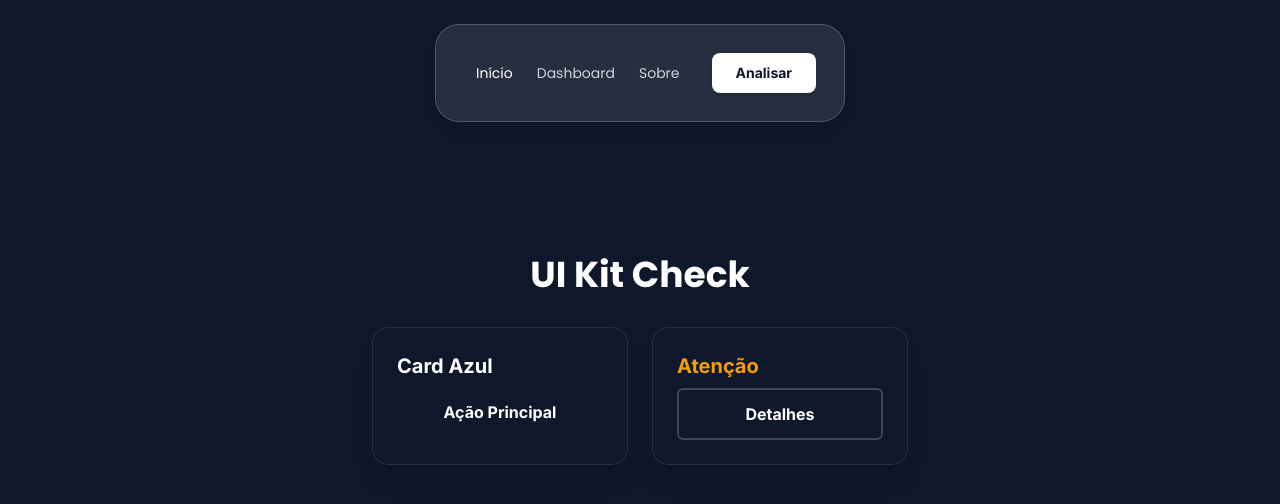
Repository: Hackaton-ONE/hackathon-Frontend
Page: /
The author's editor kept a copy of each file at every save. The page is drawn from the files as they stood at one save, then again after the next save.
The browser window is 1280 px wide. The pictures show the whole page.
The project was rebuilt for these pictures with package versions that can differ from the ones it lists, and the page was loaded fresh each time. The framework's server and built-in components were replaced by stand-ins that run in the browser. Also part of the build but not shown: next.config.ts.

Above is the page before, as saved 2026-01-01 14:46:38.

### app/layout.tsx
import type { Metadata } from "next";
import { Inter, Poppins } from "next/font/google"; // 1. Importar Poppins
import "./globals.css";
import { Navbar } from "@/components/Navbar";

// 2. Configurar Inter
const inter = Inter({
  subsets: ["latin"],
  variable: "--font-inter",
});

// 3. Configurar Poppins (Pesos comuns: 400, 600, 700)
const poppins = Poppins({
  weight: ['400', '600', '700'],
  subsets: ["latin"],
  variable: "--font-poppins",
});

export const metadata: Metadata = {
  title: "MoodMatrix",
  description: "Análise de sentimentos com IA",
};

export default function RootLayout({
  children,
}: Readonly<{

  children: React.ReactNode;
}>) {
  return (
    <html lang="pt-br">
      {/* 4. Adicionar ambas as variáveis no body */}
      <body className={`${inter.variable} ${poppins.variable} bg-mood-dark text-white font-sans antialiased`}>
        <Navbar />
        {children}
      </body>
    </html>
  );
}

### app/page.tsx
import { Button } from "@/components/Button";
import { GlassCard } from "@/components/GlassCard";

export default function Home() {
  return (
    <main className="flex min-h-screen flex-col items-center justify-center p-10 gap-8 bg-mood-dark">

      <h1 className="text-4xl font-poppins font-bold text-white bg-clip-text bg-gradient-to-r from-blue-DEFAULT to-neon-green">
        UI Kit Check
      </h1>

      <div className="grid grid-cols-1 md:grid-cols-2 gap-6">
        {/* Teste Card Azul */}
        <GlassCard gradient="blue" className="p-6 w-64 border-blue-DEFAULT/30">
          <h2 className="text-xl font-bold mb-2">Card Azul</h2>
          <Button variant="primary" className="w-full">Ação Principal</Button>
        </GlassCard>

        {/* Teste Card Laranja (Aviso) */}
        <GlassCard gradient="orange" className="p-6 w-64 border-neon-orange/30">
          <h2 className="text-xl font-bold mb-2 text-neon-orange">Atenção</h2>
          <Button variant="outline" className="w-full">Detalhes</Button>
        </GlassCard>
      </div>

    </main>
  );
}

### app/globals.css
@tailwind base;
@tailwind components;
@tailwind utilities;

/* Define o fundo padrão do site inteiro e a cor do texto */
body {
  background-color: #0F172A; /* mood.dark */
  color: #ffffff;
  min-height: 100vh;
}

/* Utilitário para o efeito de Vidro (Glassmorphism) */
.glass {
  background: rgba(30, 41, 59, 0.4); /* mood.gray com transparência */
  backdrop-filter: blur(12px);
  -webkit-backdrop-filter: blur(12px);
  border: 1px solid rgba(255, 255, 255, 0.1);
}

### components/Navbar.tsx
"use client";

import Link from "next/link";
import { usePathname } from "next/navigation";

export function Navbar() {
  const pathname = usePathname(); // Útil se quiser destacar o link ativo depois

  return (
    // Container que centraliza a navbar no topo da tela
    <nav className="fixed top-6 left-1/2 -translate-x-1/2 z-50 w-max">

      {/* A "Pílula" (Floating Navbar) */}
      <div className="
        flex items-center gap-8
        pl-10 pr-7 py-7        /* Espaçamento interno (padding) */
        rounded-3xl          /* Formato de pílula */
        bg-white/10           /* Cor do fundo (10% branco) */
        backdrop-blur-md      /* Efeito de vidro */
        border border-white/20 /* Borda sutil (20% branco) */
        shadow-lg shadow-black/10
      ">

        {/* Links de Navegação */}
        <div className="flex items-center gap-6 font-poppins font-medium text-sm">
          <Link
            href="/"
            className="text-white hover:text-blue-light transition-colors"
          >
            Início
          </Link>
          <Link
            href="/dashboard"
            className="text-gray-300 hover:text-white transition-colors"
          >
            Dashboard
          </Link>
          <Link
            href="#sobre"
            className="text-gray-300 hover:text-white transition-colors"
          >
            Sobre
          </Link>
        </div>

        {/* Botão Analisar (Estilo Branco da Imagem) */}
        <Link href="/analisar">
          <button className="
            bg-white text-mood-dark
            hover:bg-gray-100 hover:scale-105
            font-bold text-sm
            px-6 py-2.5
            rounded-lg
            transition-all duration-200
            shadow-md
          ">
            Analisar
          </button>
        </Link>

      </div>
    </nav>
  );
}

### components/Button.tsx
import React from "react";

interface ButtonProps extends React.ButtonHTMLAttributes<HTMLButtonElement> {
  variant?: "primary" | "outline" | "ghost";
  children: React.ReactNode;
}

export function Button({ variant = "primary", className = "", children, ...props }: ButtonProps) {

  const baseStyles = "px-6 py-3 rounded-md font-bold transition-all duration-200 flex items-center justify-center gap-2 active:scale-[0.98]";

  const variants = {
    primary: "text-white active:translate-y-1",

    // Outline (Borda simples)
    outline: "bg-transparent border-2 border-white/20 text-white hover:bg-white/5 hover:border-white/40",

    // Ghost (Transparente)
    ghost:   "bg-transparent text-gray-400 hover:text-white hover:bg-white/5",
  };

  return (
    <button
      className={`${baseStyles} ${variants[variant]} ${className}`}
      {...props}
    >
      {children}
    </button>
  );
}

### components/GlassCard.tsx
import React from "react";

interface GlassCardProps {
  children: React.ReactNode;
  className?: string;
  gradient?: "blue" | "green" | "red" | "orange" | "none";
}

export function GlassCard({ children, className = "", gradient = "none" }: GlassCardProps) {

  const gradientBg = {
    none: "bg-white/5", // Base neutra mais sutil
    blue: "bg-card-blue",
    green: "bg-card-green",
    red: "bg-card-red",
    orange: "bg-card-orange",
  };

  return (
    <div className={`relative overflow-hidden rounded-2xl border border-white/10 shadow-xl ${className}`}>
      {/* CAMADA DO VIDRO (Fundo + Blur)
        Fica posicionada absolutamente atrás do conteúdo.
      */}
      <div
        className={`
          absolute inset-0
          backdrop-blur-xl
          ${gradientBg[gradient]}
          -z-10 /* Garante que fique atrás do conteúdo */
        `}
        aria-hidden="true"
      />

      {/* CONTEÚDO (Texto, Botões)
        Fica na frente, sem nenhum blur aplicado diretamente nele.
      */}
      <div className="relative z-10 h-full">
        {children}
      </div>
    </div>
  );
}

### tailwind.config.ts
/** @type {import('tailwindcss').Config} */
const config = {
  // Configuração de onde o Tailwind procura as classes
  content: [
    "./app/**/*.{js,ts,jsx,tsx,mdx}",
    "./pages/**/*.{js,ts,jsx,tsx,mdx}",
    "./components/**/*.{js,ts,jsx,tsx,mdx}",
    "./src/app/**/*.{js,ts,jsx,tsx,mdx}",
    "./src/pages/**/*.{js,ts,jsx,tsx,mdx}",
    "./src/components/**/*.{js,ts,jsx,tsx,mdx}",
  ],
  theme: {
    extend: {
      colors: {
        white: "#FFFFFF",
        mood: {
          dark: "#0F172A", // Fundo Azul Escuro
          nav: "#FFFFFF",  // Base para Navbar
        },
        blue: {
          light: "#60A5FA",   // Azul Claro
          default: "#2563EB", // Azul Padrão
          dark: "#1E3A8A",    // Azul Escuro
        },
        neon: {
          green: "#10B981",
          red: "#B91C1C",
          orange: "#F59E0B",
        },
      },
      fontFamily: {
        sans: ['var(--font-inter)', 'sans-serif'],
        poppins: ['var(--font-poppins)', 'sans-serif'],
      },
      backgroundImage: {
        // Gradientes de Seta e Barra de Progresso
        'gradient-pos': 'linear-gradient(to right, #2563EB, #10B981)',
        'gradient-neg': 'linear-gradient(to right, #B91C1C, #F59E0B)',

        // Gradientes Sutis para os Cards (Glassmorphism)
        'card-blue': 'linear-gradient(180deg, rgba(255, 255, 255, 0) 0%, rgba(96, 165, 250, 0.05) 100%)',
        'card-green': 'linear-gradient(180deg, rgba(255, 255, 255, 0) 0%, rgba(16, 185, 129, 0.05) 100%)',
        'card-red': 'linear-gradient(180deg, rgba(255, 255, 255, 0) 0%, rgba(185, 28, 28, 0.05) 100%)',
        'card-orange': 'linear-gradient(180deg, rgba(255, 255, 255, 0) 0%, rgba(245, 158, 11, 0.05) 100%)', // NOVO
      }
    },
  },
  plugins: [],
};

export default config;

After the next save:
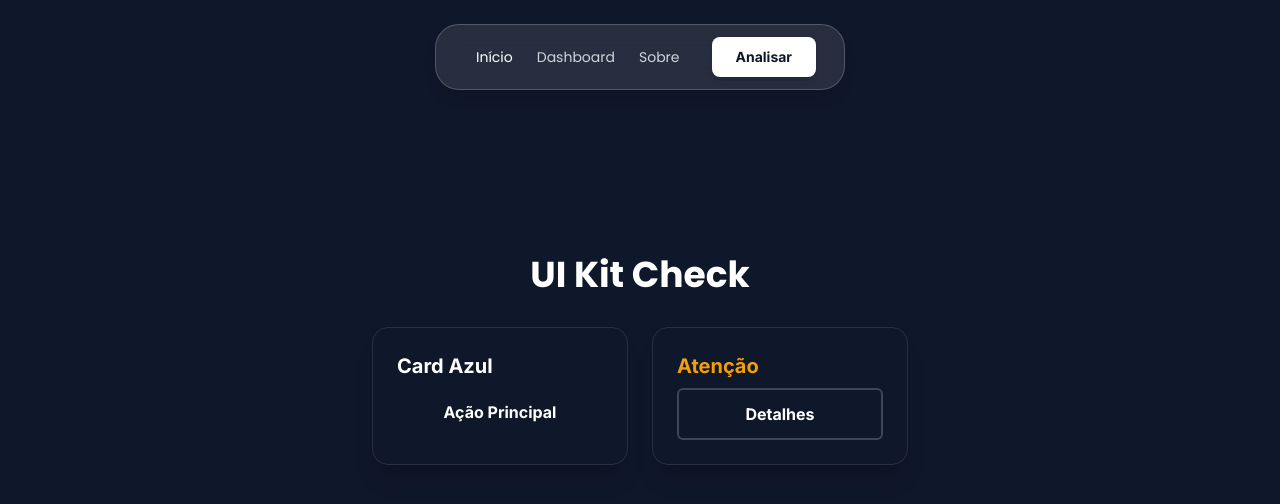
Saved 4 s later.
--- a/components/Navbar.tsx
+++ b/components/Navbar.tsx
@@ -13,7 +13,7 @@ export function Navbar() {
       {/* A "Pílula" (Floating Navbar) */}
       <div className="
         flex items-center gap-8
-        pl-10 pr-7 py-7        /* Espaçamento interno (padding) */
+        pl-10 pr-7 py-3        /* Espaçamento interno (padding) */
         rounded-3xl          /* Formato de pílula */
         bg-white/10           /* Cor do fundo (10% branco) */
         backdrop-blur-md      /* Efeito de vidro */
